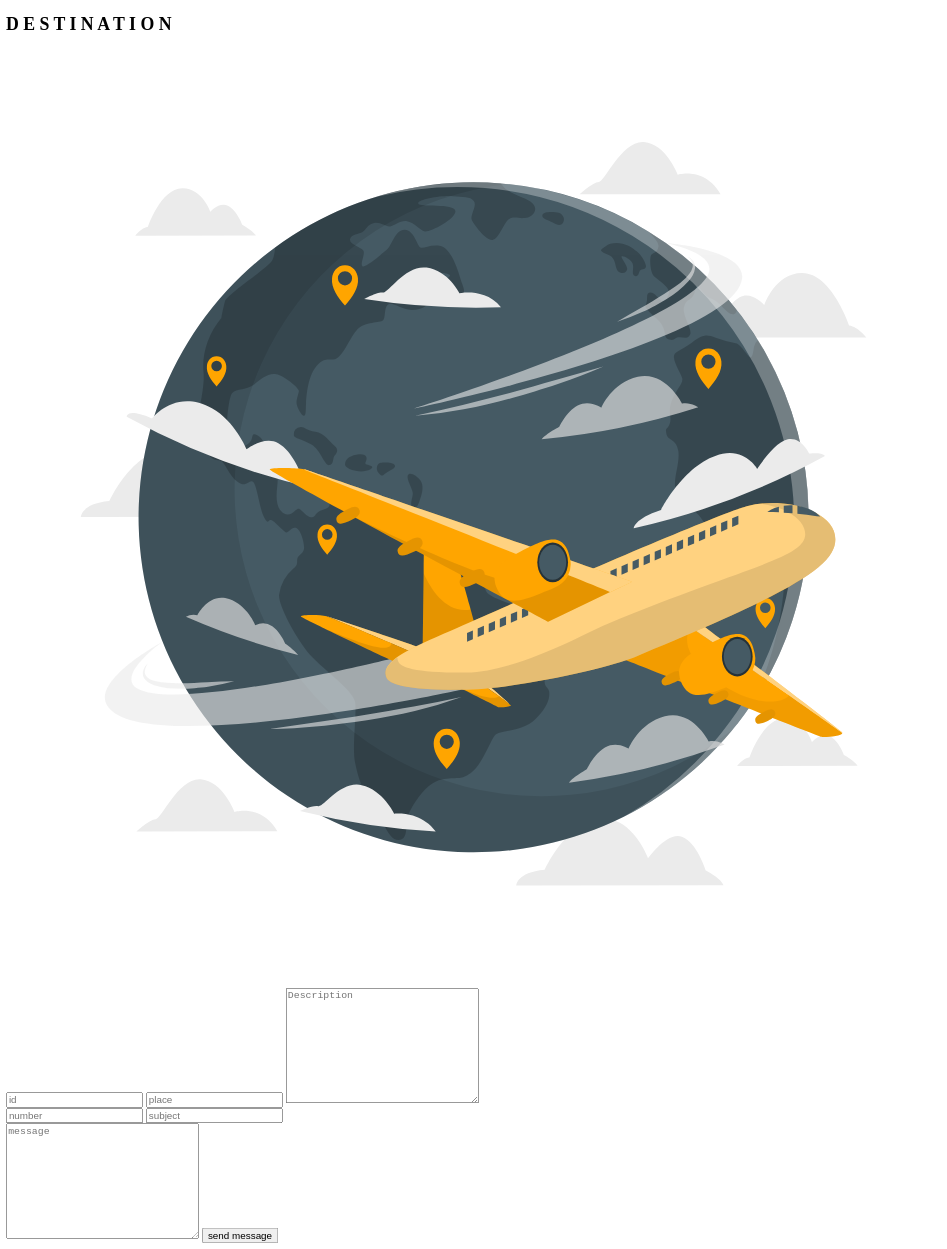
Repository: vksh-chandra/Travel-Tourism
Page: tatms/src/main/webapp/Admin.html
These files come from the project's save history. The page is drawn as it stood at one moment and after the next save; the edit follows.
The browser window is 1280 px wide. The pictures show the whole page, at 74% of full size.

Above is the page before, as saved 2022-07-19 18:14:44.

After the next save:
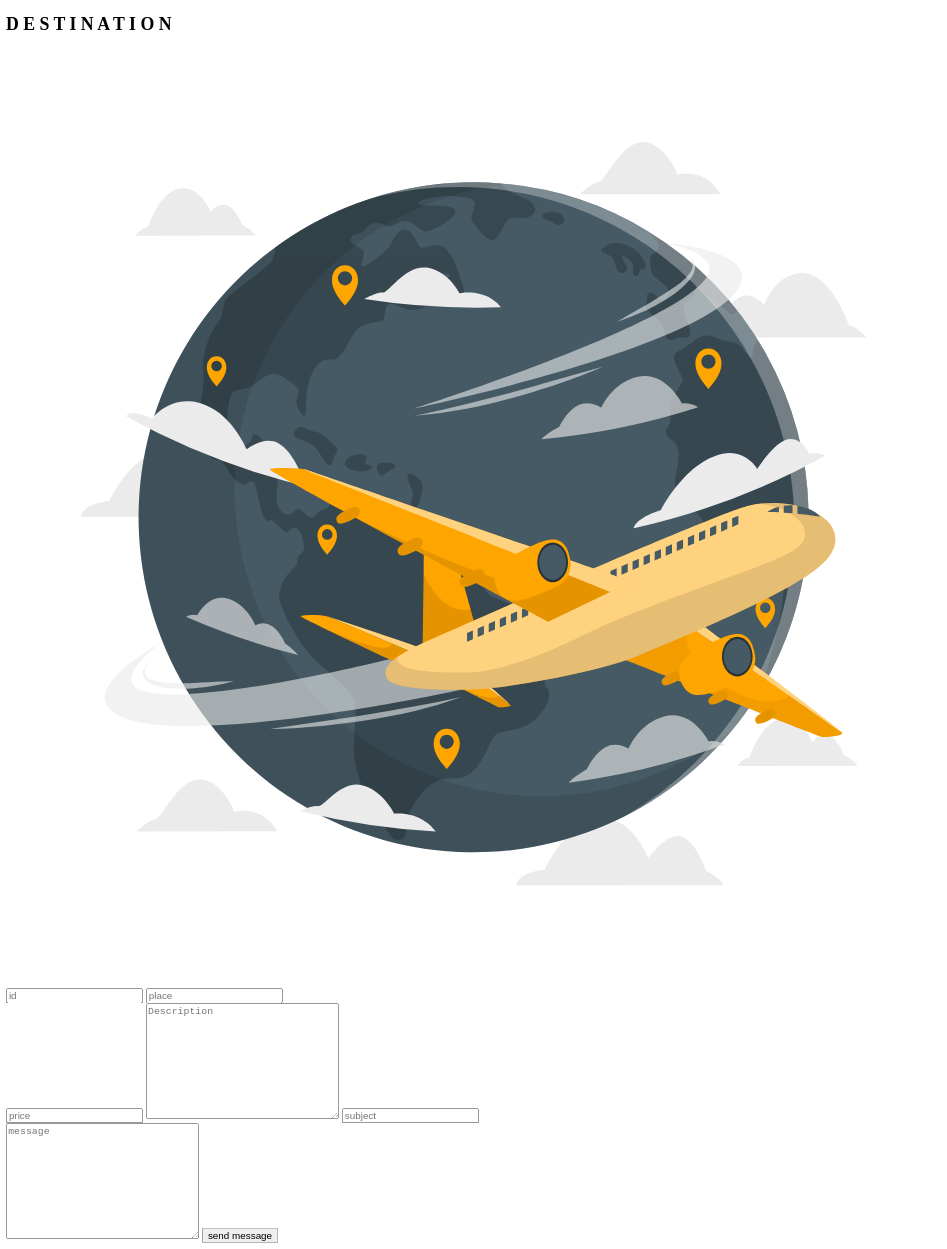
Saved 50 s later.
--- a/tatms/src/main/webapp/Admin.html
+++ b/tatms/src/main/webapp/Admin.html
@@ -31,10 +31,11 @@
 	            <div class="inputBox">
 	                <input type="text" placeholder="id" name="id">
 	                <input type="text" placeholder="place" name="place">
-	                <textarea placeholder="Description" name="Description" id="" cols="30" rows="10"></textarea>
 	            </div>
 	            <div class="inputBox">
-	                <input type="number" placeholder="number" name="phno">
+	            	<input type="number" placeholder="price" name="price">
+	            	<textarea placeholder="Description" name="Description" id="" cols="30" rows="10"></textarea>
+
 	                <input type="text" placeholder="subject" name="sub">
 	            </div>
 	            <textarea placeholder="message" name="msg" id="" cols="30" rows="10"></textarea>
